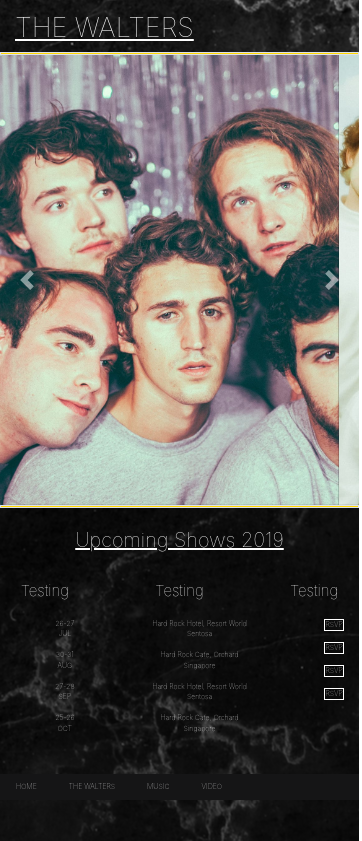
Repository: yucheng91/CIassignment1
Page: index.html
The author's editor kept a record of every edit. The page is drawn from the files as they stood at one moment, then again after the next edit.
The browser window is 359 px wide. The page is 359 px wide, then 362 px, so the pictures cover 362 px, including what lies to the right of the window. The pictures show the whole page.

Above is the page before.

After the next edit:
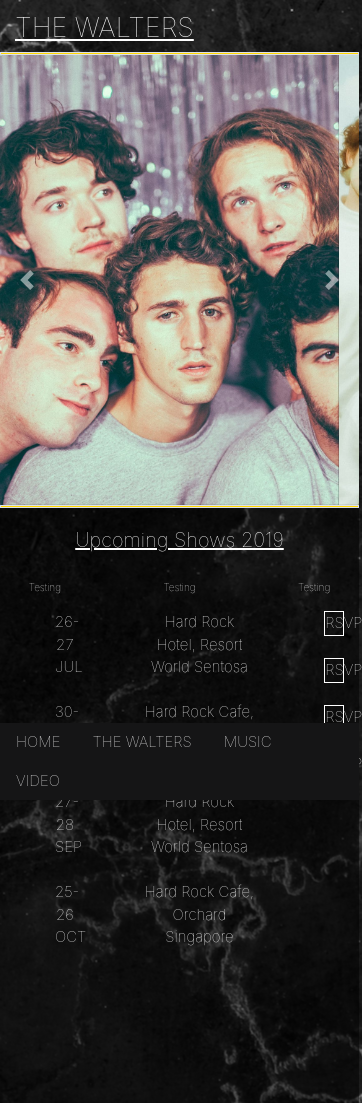
The edit:
--- a/style.css
+++ b/style.css
@@ -93,7 +93,14 @@
         font-size: 20px;
     }
 
-    ul {
-        font-size: 7px;
+    p {
+        font-size: 10px;
+    }
+
+}
+
+@media (max-width:359px) {
+    section {
+        padding-bottom:76px;
     }
 }
